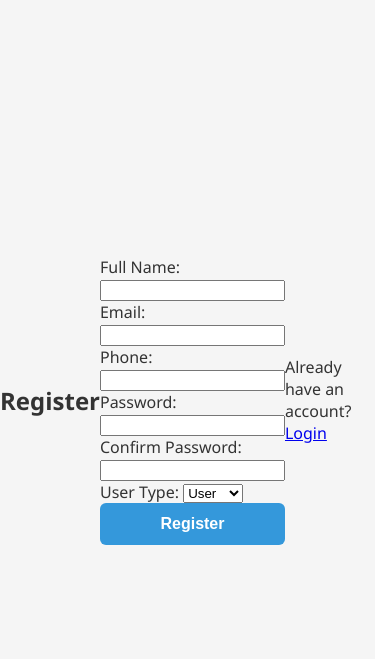
Repository: Ramaryal33/Airline-Management-System
Page: http://localhost/Airline_Management_System/register
An editor plug-in stored every save of this project. The page is shown before and after the next save, followed by the edit.
The browser window is 375 px wide. The pictures show the whole page.
The page is served by Tomcat 10.

Above is the page before, as saved 2025-04-18 14:16:34.

After the next save:
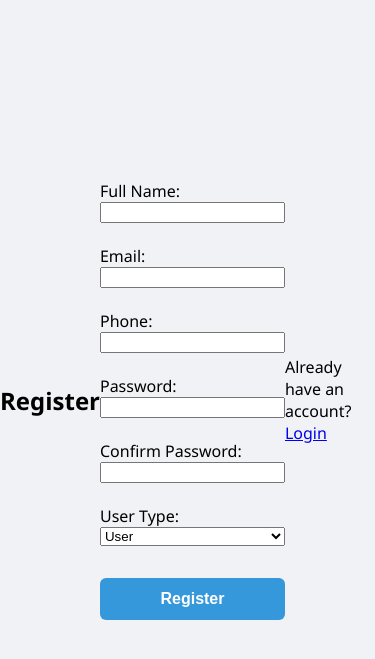
Saved 112 s later.
--- a/Airline_Management_System/src/main/webapp/css/register.css
+++ b/Airline_Management_System/src/main/webapp/css/register.css
@@ -1,96 +1,97 @@
-/* Base Styles */
+/* Base Setup */
 body {
     font-family: 'Segoe UI', Tahoma, Geneva, Verdana, sans-serif;
-    background-color: #f5f5f5;
+    background-color: #f0f2f5;
     margin: 0;
     padding: 0;
     display: flex;
+    align-items: center;
     justify-content: center;
-    align-items: center;
     min-height: 100vh;
-    color: #333;
 }
 
-/* Container Styles */
+/* Container */
 .register-container {
-    background-color: #fff;
+    background-color: #ffffff;
+    padding: 40px 30px;
     border-radius: 12px;
-    box-shadow: 0 6px 20px rgba(0, 0, 0, 0.1);
-    padding: 35px 30px;
+    box-shadow: 0 6px 18px rgba(0, 0, 0, 0.1);
     width: 100%;
-    max-width: 480px;
-    margin: 20px;
+    max-width: 450px;
     animation: fadeIn 0.4s ease-out;
 }
 
-/* Header Styles */
+/* Header */
 .register-container h2 {
+    margin-bottom: 25px;
     color: #2c3e50;
     text-align: center;
-    margin-bottom: 25px;
     font-size: 28px;
 }
 
-/* Form Styles */
+/* Form Elements */
+form {
+    display: flex;
+    flex-direction: column;
+}
+
 .form-group {
     margin-bottom: 18px;
 }
 
 .form-group label {
+    font-weight: 600;
+    margin-bottom: 6px;
     display: block;
-    margin-bottom: 8px;
-    font-weight: 600;
-    color: #2c3e50;
+    color: #34495e;
 }
 
-.form-group input[type="text"],
-.form-group input[type="email"],
-.form-group input[type="tel"],
-.form-group input[type="password"],
+.form-group input,
 .form-group select {
     width: 100%;
-    padding: 12px 15px;
+    padding: 12px 14px;
     border: 1px solid #ccc;
     border-radius: 6px;
-    font-size: 16px;
-    transition: border-color 0.3s, box-shadow 0.3s;
+    font-size: 15px;
+    background-color: #fff;
+    transition: 0.3s;
     box-sizing: border-box;
-    background-color: #fff;
 }
 
 .form-group input:focus,
 .form-group select:focus {
     border-color: #3498db;
+    box-shadow: 0 0 0 3px rgba(52, 152, 219, 0.15);
     outline: none;
-    box-shadow: 0 0 0 3px rgba(52, 152, 219, 0.15);
 }
 
-/* Button Styles */
+/* Submit Button */
 button[type="submit"] {
     width: 100%;
     padding: 12px;
+    font-size: 16px;
+    font-weight: 600;
     background-color: #3498db;
-    color: #fff;
+    color: white;
     border: none;
     border-radius: 6px;
-    font-size: 16px;
-    font-weight: 600;
     cursor: pointer;
-    transition: background-color 0.3s ease;
+    transition: background-color 0.3s;
+    margin-top: 10px;
 }
 
 button[type="submit"]:hover {
     background-color: #2980b9;
 }
 
-/* Message Styles */
+/* Message Boxes */
 .error,
 .success {
-    padding: 12px 15px;
+    padding: 12px 16px;
     border-radius: 6px;
     margin-bottom: 20px;
+    border-left: 5px solid;
     font-size: 15px;
-    border-left: 5px solid;
 }
 
 .error {
@@ -105,12 +106,12 @@ button[type="submit"]:hover {
     border-color: #27ae60;
 }
 
-/* Link Styles */
+/* Login Link */
 .login-link {
     text-align: center;
     margin-top: 20px;
+    font-size: 14px;
     color: #7f8c8d;
-    font-size: 14px;
 }
 
 .login-link a {
@@ -123,19 +124,7 @@ button[type="submit"]:hover {
     text-decoration: underline;
 }
 
-/* Responsive Adjustments */
-@media (max-width: 480px) {
-    .register-container {
-        padding: 25px 20px;
-        margin: 10px;
-    }
-
-    .register-container h2 {
-        font-size: 24px;
-    }
-}
-
-/* Animation for better UX */
+/* Animation */
 @keyframes fadeIn {
     from {
         opacity: 0;
@@ -146,3 +135,15 @@ button[type="submit"]:hover {
         transform: translateY(0);
     }
 }
+
+/* Responsive */
+@media (max-width: 480px) {
+    .register-container {
+        padding: 25px 20px;
+        margin: 15px;
+    }
+
+    .register-container h2 {
+        font-size: 22px;
+    }
+}
